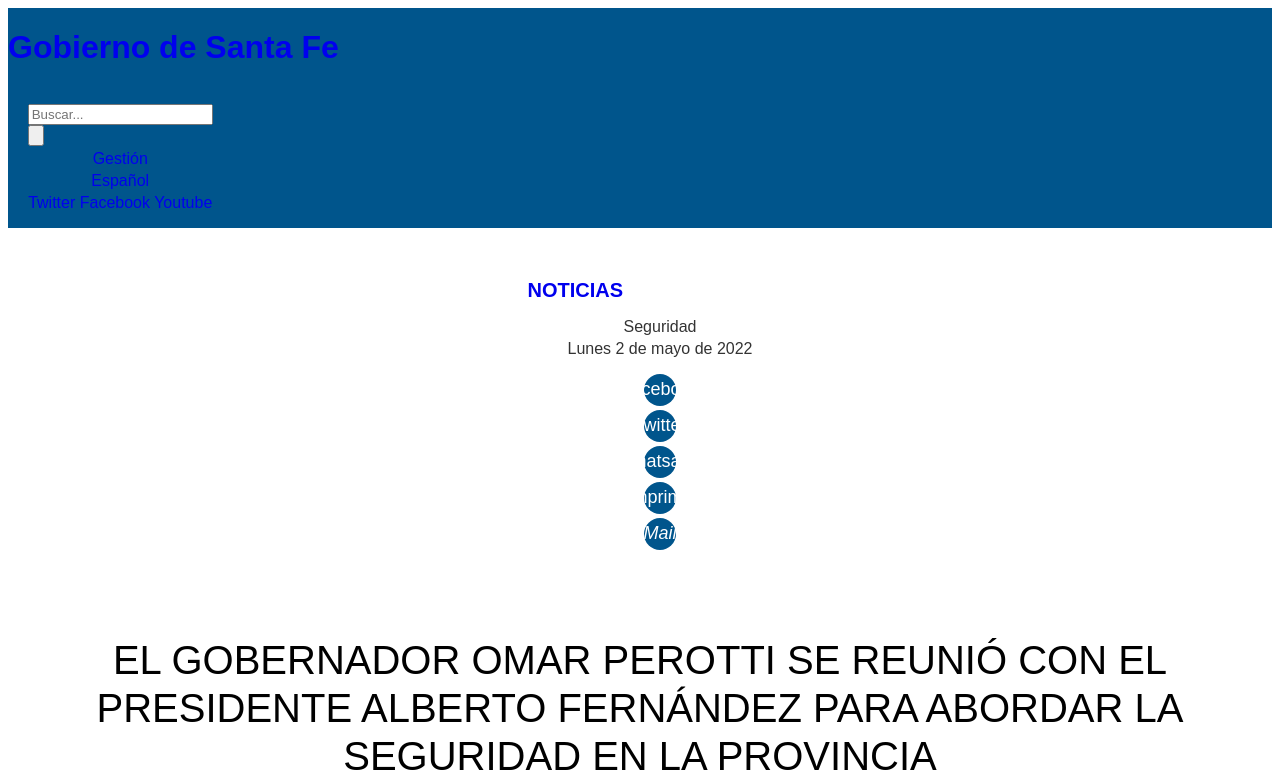
Repository: Larrowo/LPPA
Page: Clase 4/index.html
An editor plug-in stored every save of this project. The page is shown before and after the next save, followed by the edit.
The browser window is 1280 px wide. The pictures show the part of the page from y = 0 to 784 px (the page is 2975 px tall before and 2875 px after).
A picture or video elsewhere on the page could not be fetched, so the positions and the page height are approximate.

Above is the page before, as saved 2022-05-03 14:03:07.

After the next save:
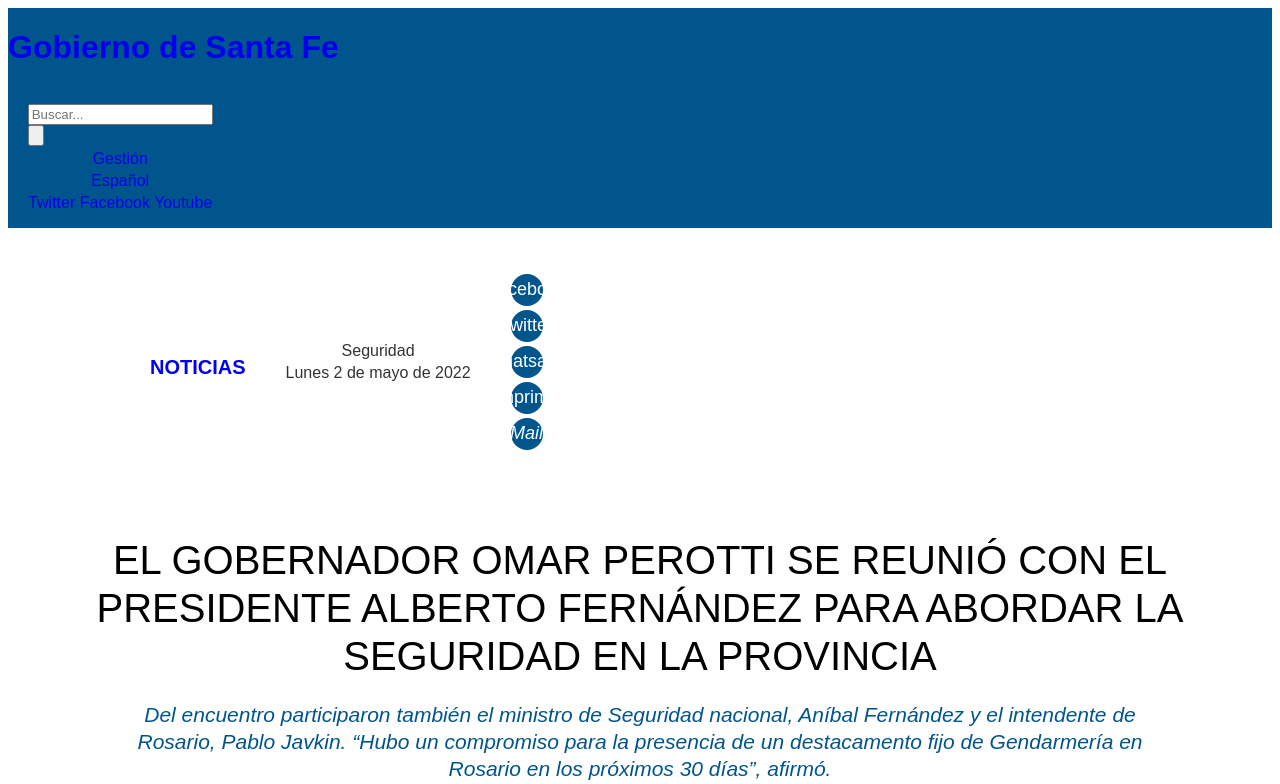
Saved 8 s later.
--- a/Clase 4/style.css
+++ b/Clase 4/style.css
@@ -58,7 +58,7 @@
 
 
 
- #top-post  {
+ #top-post .container{
   padding-top: 30px;
   padding-bottom: 30px;
   display: flex;
